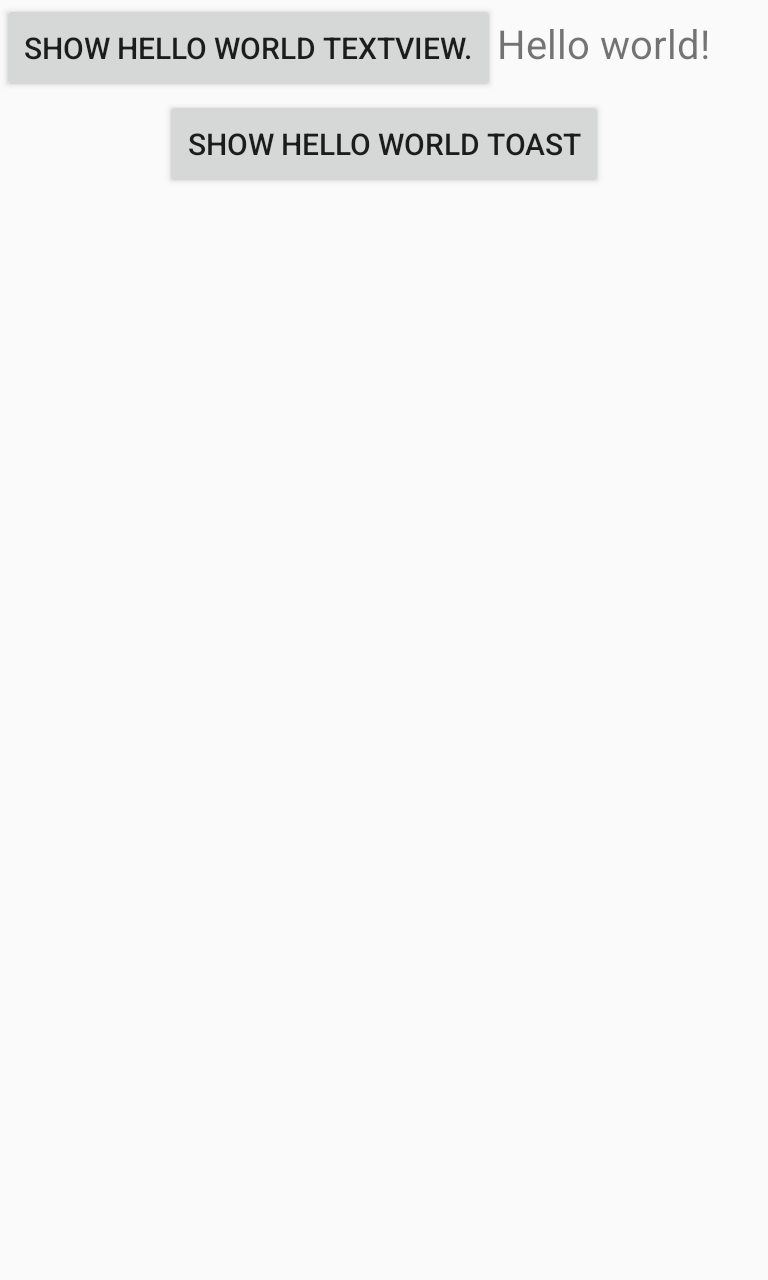
Repository: JoanneCaroll/EventHandling
Layout: EventHandling/res/layout/activity_main.xml
The author's editor kept a copy of each file at every save. The layout is drawn from the files as they stood at one save, then again after the next save.
It is drawn on a 768 x 1280 px phone screen (xhdpi) without system bars, with theme AppTheme; the app's code is not run.

Above is the layout before, as saved 2014-10-28 07:04:17.

### EventHandling/res/layout/activity_main.xml
<LinearLayout xmlns:android="http://schemas.android.com/apk/res/android"
    xmlns:tools="http://schemas.android.com/tools"
    android:layout_width="match_parent"
    android:layout_height="match_parent"
    android:orientation="vertical"
    android:layout_gravity="left">

    <LinearLayout
            android:layout_width="match_parent"
		    android:layout_height="wrap_content"
		    android:orientation="horizontal">

	    <Button
	        android:id="@+id/showText"
	        android:layout_width="wrap_content"
	        android:layout_height="wrap_content"
	        android:text="@string/show"
	        android:textSize="15dp"/>

	    <TextView
	        android:id="@+id/hello_world"
	        android:layout_width="wrap_content"
	        android:layout_height="wrap_content"
	        android:text="@string/hello_world"
	        android:textSize="20dp"/>




    </LinearLayout>

       <Button
           	android:layout_gravity="center"
	        android:id="@+id/showToast"
	        android:layout_width="wrap_content"
	        android:layout_height="wrap_content"
	        android:text="@string/showToast"
	        android:textSize="15dp"/>

</LinearLayout>

### EventHandling/res/values/strings.xml
<?xml version="1.0" encoding="utf-8"?>
<resources>

    <string name="app_name">EventHandling</string>
    <string name="hello_world">Hello world!</string>
    <string name="show">Show Hello World TextView.</string>
	<string name="showToast">Show Hello World Toast</string>
	<string name="action_settings">Menu</string>
</resources>

Loaded but not shown: EventHandling/res/values/styles.xml (common file); EventHandling/res/values-v11/styles.xml (common file); EventHandling/res/values-v14/styles.xml (common file)

After the next save:
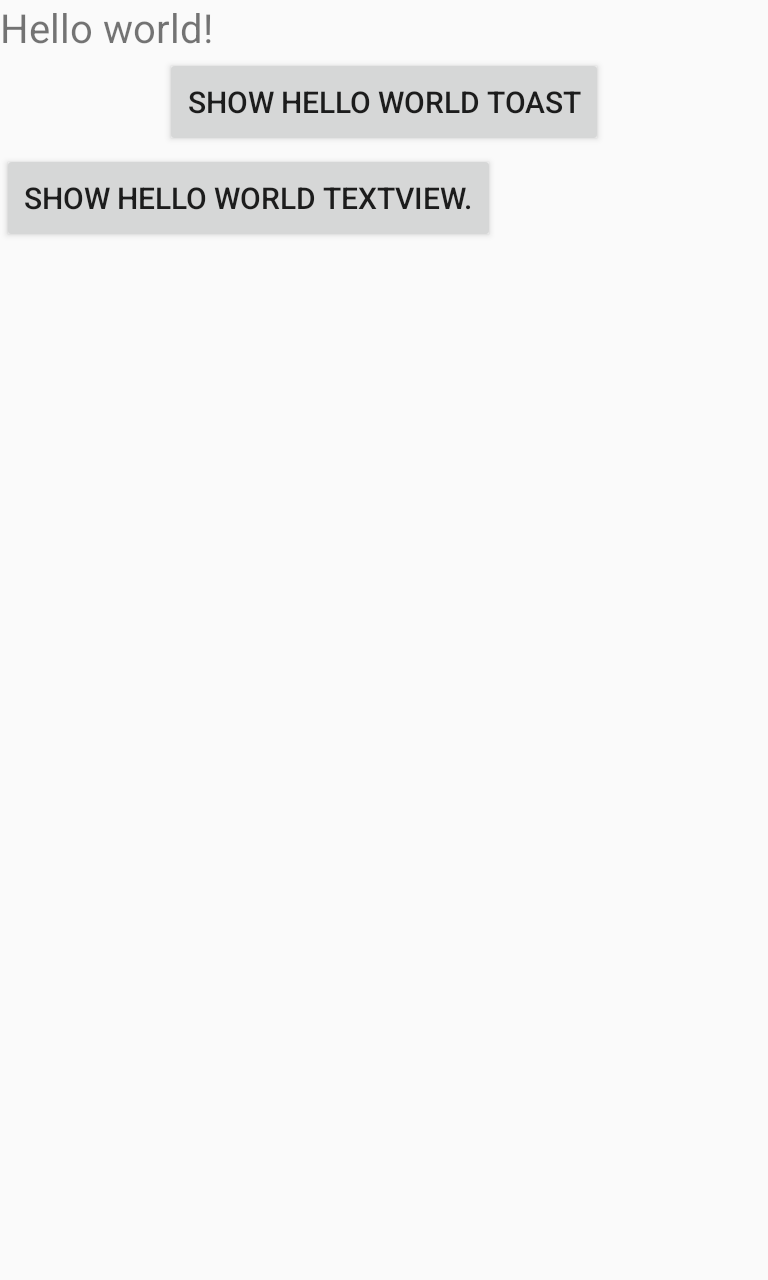
Saved 41 s later.
--- a/EventHandling/res/layout/activity_main.xml
+++ b/EventHandling/res/layout/activity_main.xml
@@ -3,31 +3,15 @@
     android:layout_width="match_parent"
     android:layout_height="match_parent"
     android:orientation="vertical"
-    android:layout_gravity="left">
-
-    <LinearLayout
-            android:layout_width="match_parent"
-		    android:layout_height="wrap_content"
-		    android:orientation="horizontal">
-
-	    <Button
-	        android:id="@+id/showText"
-	        android:layout_width="wrap_content"
-	        android:layout_height="wrap_content"
-	        android:text="@string/show"
-	        android:textSize="15dp"/>
-
-	    <TextView
-	        android:id="@+id/hello_world"
-	        android:layout_width="wrap_content"
-	        android:layout_height="wrap_content"
-	        android:text="@string/hello_world"
-	        android:textSize="20dp"/>
+    android:layout_gravity="center">
 
 
-
-
-    </LinearLayout>
+        <TextView
+            android:id="@+id/hello_world"
+            android:layout_width="wrap_content"
+            android:layout_height="wrap_content"
+            android:text="@string/hello_world"
+            android:textSize="20dp" />
 
        <Button
            	android:layout_gravity="center"
@@ -37,4 +21,11 @@
 	        android:text="@string/showToast"
 	        android:textSize="15dp"/>
 
+       <Button
+           android:id="@+id/showText"
+           android:layout_width="wrap_content"
+           android:layout_height="wrap_content"
+           android:text="@string/show"
+           android:textSize="15dp" />
+
 </LinearLayout>
